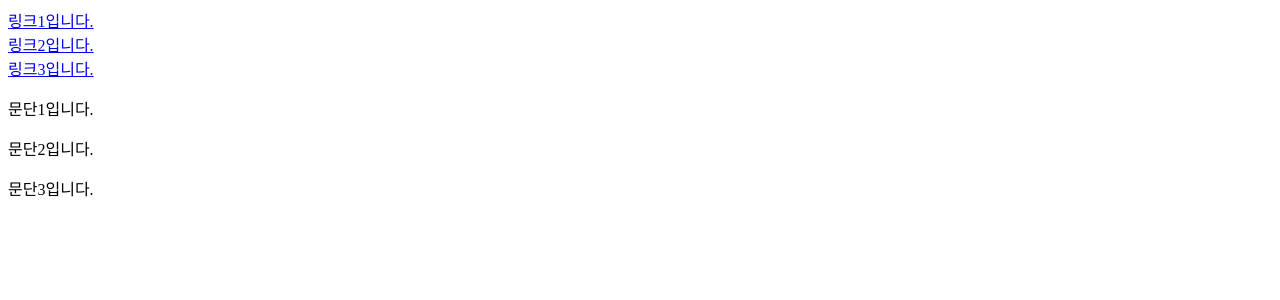
Repository: chanjin5212/Full-Stack-study
Page: client/ClientTest/src/main/webapp/html/ex14_tag.html
These files come from the project's save history. The page is drawn as it stood at one moment and after the next save; the edit follows.
The browser window is 1280 px wide. The pictures show the whole page.

Above is the page before, as saved 2022-05-24 05:49:33.

After the next save:
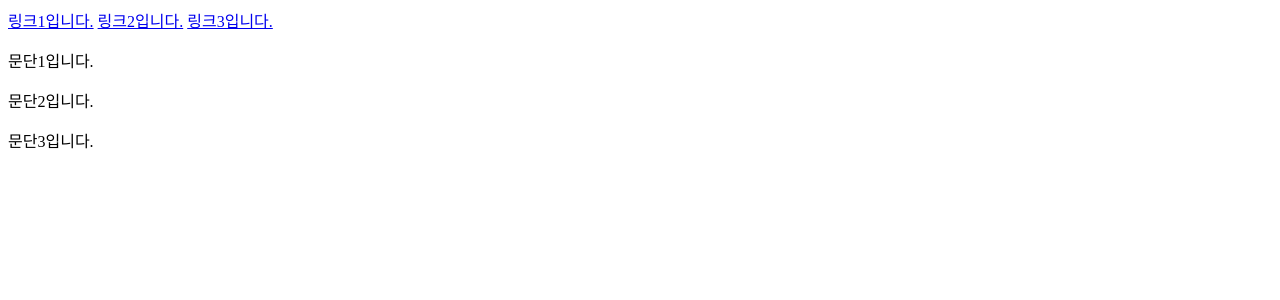
Saved 16 s later.
--- a/client/ClientTest/src/main/webapp/html/ex14_tag.html
+++ b/client/ClientTest/src/main/webapp/html/ex14_tag.html
@@ -26,8 +26,8 @@
 
 
 	 <!-- a태그는 인라인태그이다. -->
-	 <a href="ex01.html">링크1입니다.</a><br>
-	 <a href="ex02.html">링크2입니다.</a><br>
+	 <a href="ex01.html">링크1입니다.</a>
+	 <a href="ex02.html">링크2입니다.</a>
 	 <a href="ex03.html">링크3입니다.</a>
 
 
